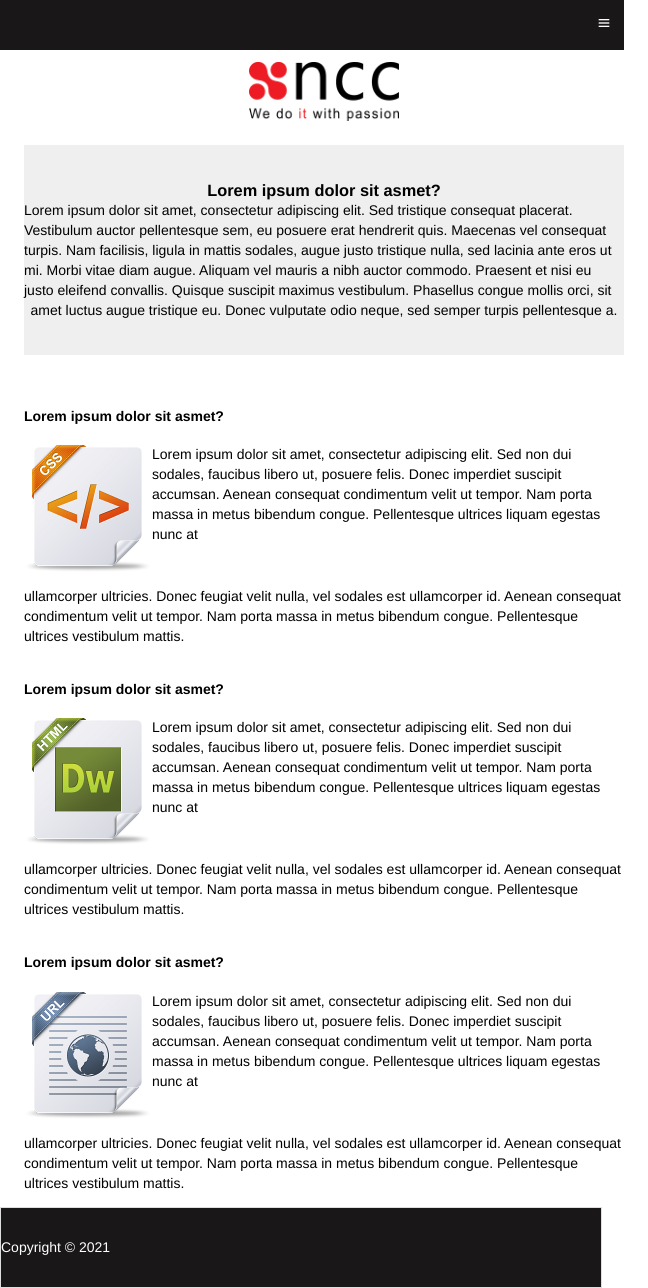
Repository: HoanTiny/ncc
Page: index.html
The author's editor kept a copy of each file at every save. The page is drawn from the files as they stood at one save, then again after the next save.
The browser window is 600 px wide. The page is 648 px wide, then 602 px, so the pictures cover 648 px, including what lies to the right of the window. The pictures show the whole page.

Above is the page before, as saved 2023-03-30 21:26:17.

### index.html
<!DOCTYPE html>
<html lang="en">
    <head>
        <meta charset="UTF-8" />
        <meta http-equiv="X-UA-Compatible" content="IE=edge" />
        <meta name="viewport" content="width=device-width, initial-scale=1.0" />
        <title>NCC Test</title>
        <link rel="stylesheet" href="./style.css" />
        <link
            href="https://unpkg.com/boxicons@2.1.4/css/boxicons.min.css"
            rel="stylesheet"
        />
    </head>
    <body>
        <div class="container">
            <div class="sidebar">
                <div class="sidebar_icon"><i class="bx bx-menu"></i></div>
                <ul>
                    <li><a href="">Home</a></li>
                    <li><a href="">Services</a></li>
                    <li><a href="">News</a></li>
                    <li><a href="">Blog</a></li>
                    <li><a href="">Contact</a></li>
                </ul>
            </div>
            <div class="content">
                <div class="content_logo">
                    <img src="./logoNCC 1.png" alt="" />
                </div>
                <div class="content_text">
                    <h3>Lorem ipsum dolor sit asmet?</h3>
                    <p>
                        Lorem ipsum dolor sit amet, consectetur adipiscing elit.
                        Sed tristique consequat placerat. Vestibulum auctor
                        pellentesque sem, eu posuere erat hendrerit quis.
                        Maecenas vel consequat turpis. Nam facilisis, ligula in
                        mattis sodales, augue justo tristique nulla, sed lacinia
                        ante eros ut mi. Morbi vitae diam augue. Aliquam vel
                        mauris a nibh auctor commodo. Praesent et nisi eu justo
                        eleifend convallis. Quisque suscipit maximus vestibulum.
                        Phasellus congue mollis orci, sit amet luctus augue
                        tristique eu. Donec vulputate odio neque, sed semper
                        turpis pellentesque a.
                    </p>
                </div>
                <div class="content_main">
                    <div class="content_main_g1">
                        <h4>Lorem ipsum dolor sit asmet?</h4>
                        <div class="content_main_g1_textimg">
                            <img src="./css-icon 1.png" alt="" />
                            <span
                                >Lorem ipsum dolor sit amet, consectetur
                                adipiscing elit. Sed non dui sodales, faucibus
                                libero ut, posuere felis. Donec imperdiet
                                suscipit accumsan. Aenean consequat condimentum
                                velit ut tempor. Nam porta massa in metus
                                bibendum congue. Pellentesque ultrices liquam
                                egestas nunc at
                            </span>
                        </div>
                        <p>
                            ullamcorper ultricies. Donec feugiat velit nulla,
                            vel sodales est ullamcorper id. Aenean consequat
                            condimentum velit ut tempor. Nam porta massa in
                            metus bibendum congue. Pellentesque ultrices
                            vestibulum mattis.
                        </p>
                    </div>
                    <div class="content_main_g1">
                        <h4>Lorem ipsum dolor sit asmet?</h4>
                        <div class="content_main_g1_textimg">
                            <img src="./html-icon 1.png" alt="" />
                            <span
                                >Lorem ipsum dolor sit amet, consectetur
                                adipiscing elit. Sed non dui sodales, faucibus
                                libero ut, posuere felis. Donec imperdiet
                                suscipit accumsan. Aenean consequat condimentum
                                velit ut tempor. Nam porta massa in metus
                                bibendum congue. Pellentesque ultrices liquam
                                egestas nunc at
                            </span>
                        </div>
                        <p>
                            ullamcorper ultricies. Donec feugiat velit nulla,
                            vel sodales est ullamcorper id. Aenean consequat
                            condimentum velit ut tempor. Nam porta massa in
                            metus bibendum congue. Pellentesque ultrices
                            vestibulum mattis.
                        </p>
                    </div>
                    <div class="content_main_g1">
                        <h4>Lorem ipsum dolor sit asmet?</h4>
                        <div class="content_main_g1_textimg">
                            <img src="./url-icon 1.png" alt="" />
                            <span
                                >Lorem ipsum dolor sit amet, consectetur
                                adipiscing elit. Sed non dui sodales, faucibus
                                libero ut, posuere felis. Donec imperdiet
                                suscipit accumsan. Aenean consequat condimentum
                                velit ut tempor. Nam porta massa in metus
                                bibendum congue. Pellentesque ultrices liquam
                                egestas nunc at
                            </span>
                        </div>
                        <p>
                            ullamcorper ultricies. Donec feugiat velit nulla,
                            vel sodales est ullamcorper id. Aenean consequat
                            condimentum velit ut tempor. Nam porta massa in
                            metus bibendum congue. Pellentesque ultrices
                            vestibulum mattis.
                        </p>
                    </div>
                </div>
            </div>
            <div class="footer">
                <div class="footer_logo">Copyright © 2021</div>
            </div>
        </div>
    </body>
</html>

### style.css
html {
    font-family: "Helvetica Neue", Helvetica, Arial, sans-serif;
    font-size: 14px;
    line-height: 20px;
    margin: 0;
    padding: 0;
}

body {
    margin: 0;
}

.container {
    display: flex;
    width: 1918px;
    min-height: 935px;
    position: relative;
}

.sidebar {
    background-color: #191718;
    width: 150px;
    height: 935px;
}

.sidebar ul {
    list-style-type: none;
    padding: 0;
    height: 44px;
    margin: 0;
}

.sidebar ul li {
    border-bottom: 1px solid #333;
    height: 44px;
    line-height: 44px;
}

.sidebar ul li:hover {
    background-color: #5c5c5c;
}

.sidebar ul li:hover a {
    color: #fff;
}

.sidebar ul li a {
    padding: 10px;
    margin: 0;
    width: 150px;
    height: 44px;
    color: #aaaaaa;
    top: 19px;
    left: 16px;
    text-decoration: none;
}

.content {
    width: 1768px;
    margin: 0 150px;
    position: relative;
}

.content_logo {
    display: flex;
    width: 100%;
    justify-content: center;
    margin-top: 12px;
}

.content_text {
    display: flex;
    width: 100%;
    justify-content: center;
    flex-direction: column;
    align-items: center;
    background-color: #efefef;
    height: 210px;
    /* margin: 0 279px; */
    margin-top: 24px;
}

.content_text p,
.content_text h3 {
    margin: 0 279px;
}

.content_text p {
    margin-top: 12px;
    text-align-last: center;
}

.content_main {
    display: flex;
    width: 100%;
    margin-top: 32px;
}

.content_main_g1 {
    display: flex;
    width: 100%;
    flex-direction: column;
}

.content_main_g1_textimg {
    display: flex;
}

.footer {
    position: absolute;
    bottom: 0;
    width: 100%;
    height: 79px;
    left: 150px;
    line-height: 79px;
    border: 1px solid #dedede;
    margin: 0;
}

@media screen and (max-width: 1920px) {
    .container {
        width: 100%;
    }
}
@media (max-width: 765px) {
    .hiden-desktop {
        display: none;
    }

    .container {
        width: 100%;
        display: flex;
        flex-direction: column;
    }

    .sidebar {
        width: 100%;
        height: 50px;
        display: flex;
        align-items: center;
        justify-content: flex-end;
        padding: 0 12px;
        position: fixed;
        top: 0;
        right: 0;
        left: 0;
        margin-bottom: 50px;
        z-index: 1;
    }

    .sidebar ul {
        display: none;
    }

    .sidebar_icon {
        color: #fff;
        font-size: 16px;
        text-align: right;
    }

    .content {
        width: 100%;
        margin: 0;
        padding: 0 24px;
        margin-top: 50px;
    }

    .content_main {
        flex-direction: column;
    }

    .content_text p,
    .content_text h3 {
        margin: 0;
    }

    .content_logo img {
        width: 150px;
    }

    .footer {
        position: unset;
        background-color: #191718;
        color: #fff;
        /* bottom: 0;
        width: 100%;
        height: 79px;
        left: 150px;
        line-height: 79px;
        border: 1px solid #dedede;
        margin: 0; */
    }
}

After the next save:
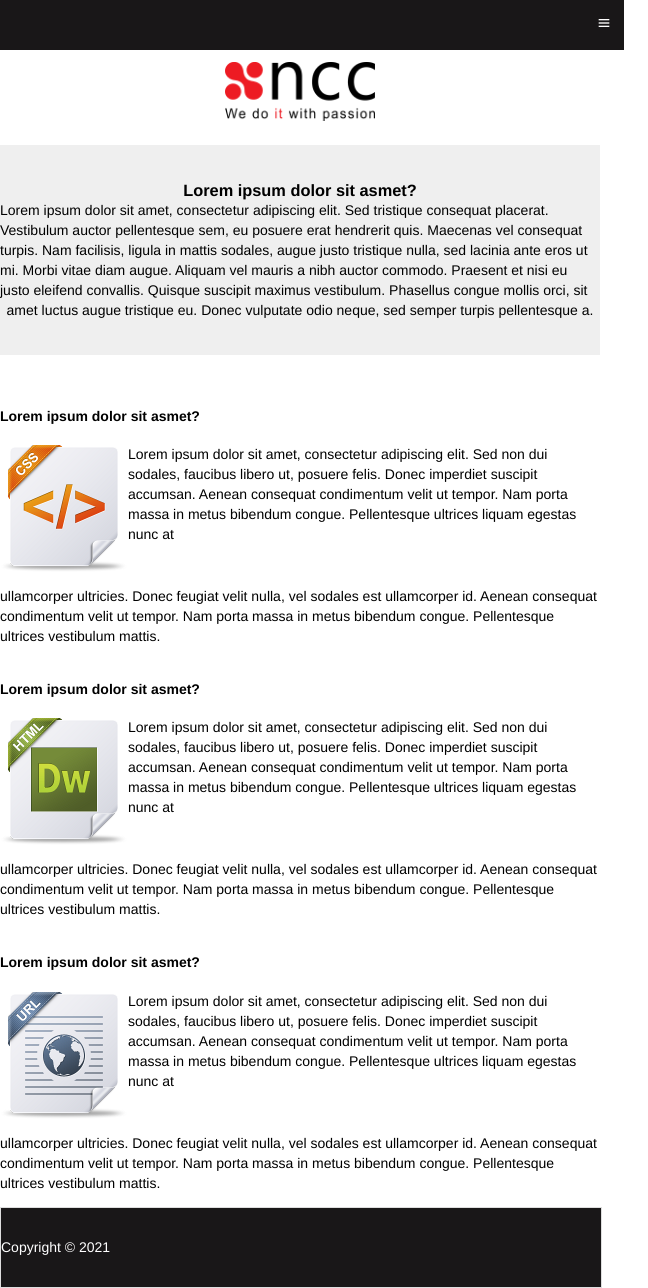
Saved 100 s later.
--- a/style.css
+++ b/style.css
@@ -161,7 +161,7 @@
     .content {
         width: 100%;
         margin: 0;
-        padding: 0 24px;
+        padding: 0;
         margin-top: 50px;
     }
 
